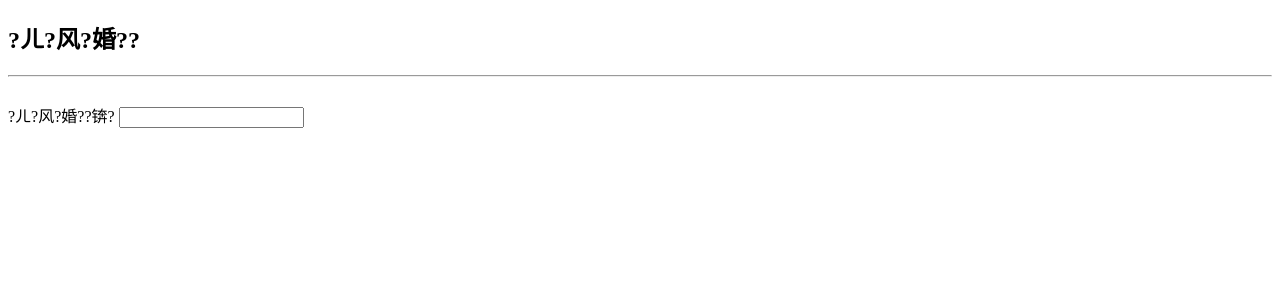
Repository: Lansefanggezi/JavaWeb
Page: http://localhost/Listener/Login.jsp
The author's editor kept a copy of each file at every save. The page is drawn from the files as they stood at one save, then again after the next save.
The browser window is 1280 px wide. The pictures show the whole page.
The page is served by Tomcat 9.

Above is the page before, as saved 2018-04-01 09:00:11.

After the next save:
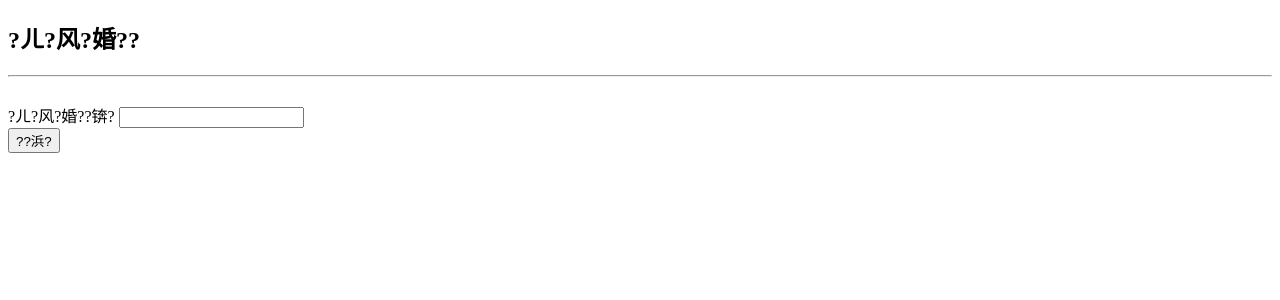
Saved 30 s later.
--- a/Listener/WebContent/Login.jsp
+++ b/Listener/WebContent/Login.jsp
@@ -14,6 +14,7 @@
 		<label>用户登陆：</label>
 		<input type="text" name="userName">
 		<br>
+		<input type="submit" value="提交">
 	</form>
 </body>
 </html>
